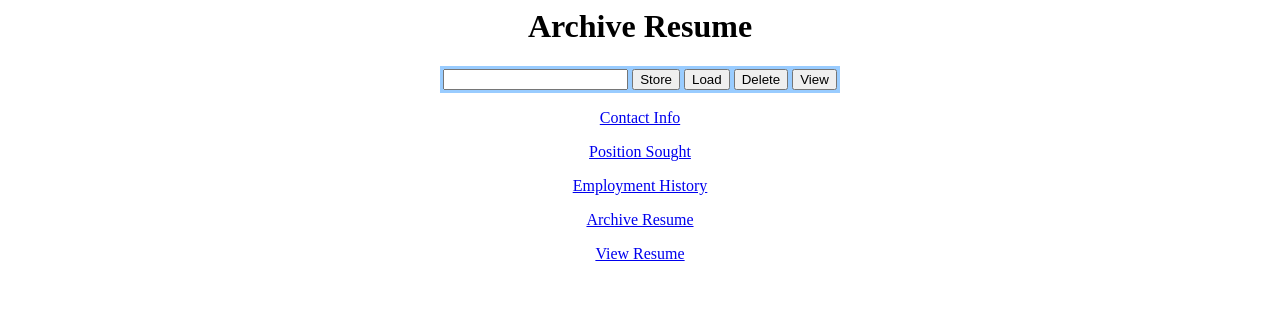
Repository: HyveMynd/cs4540
Page: http://localhost/Store.php
The author's editor kept a copy of each file at every save. The page is drawn from the files as they stood at one save, then again after the next save.
The browser window is 1280 px wide. The pictures show the whole page.
Some web libraries are served in a nearby version. The page is run by PHP 8.4 with error messages shown; the project is at /var/www/html/.

Above is the page before, as saved 2013-02-18 07:16:07.

### ps5/Store.php
<?php
require 'db.php';
echo "<script type='text/javascript'>window.alert('in store')</script>";

if (isset($_REQUEST['resumeName'])){
	$_SESSION['resumeName'] = $_REQUEST['resumeName'];
	$resumeName = $_REQUEST['resumeName'];
	storeResume($resumeName, $name, $phone, $addr, $position, $startdate, $enddate, $desc);
}
else{
	require 'archive.php';
}
?>

### ps5/db.php
<?php
require 'hidden/dbpassword.php';

// Opens and returns a DB connection
function openDBConnection () {
	global $dbpassword;
	$DBH = new PDO("mysql:host=atr.eng.utah.edu;dbname=ps4_monroy",
			'monroy_sw', $dbpassword);
	$DBH->setAttribute(PDO::ATTR_ERRMODE, PDO::ERRMODE_EXCEPTION);
	return $DBH;
}

function storeResume ($resumeName, $name, $phone, $addr, $position, $startdate, $enddate, $desc){
	$DBH = openDBConnection();
	$DBH->beginTransaction();

	try{
		//get id
		$id = getResumeID($DBH, $resumeName);

		//store contact info
		storeContactInfo($DBH, $id, $name, $phone, $addr);

		//store position indo
		storePositionSought($DBH, $id, $position);

		//store employment history
		storeEmploymentHistory($DBH, $id, $startdate, $enddate, $desc);

		$DBH->commit();
		return true;
	}
	catch (PDOException $e){
		echo "<script type='text/javascript'>alert('PDOException')</script>";
		return false;
	}


}

function getResumeID ($DBH, $resumeName){
	//get the ResumeID
	$stmt = $DBH->prepare("select * from ps4_monroy.resumenames where resumename=?");
	$stmt->bindValue(1, $resumeName);
	$stmt->execute();

	//create resume if not in database
	if ($stmt->rowCount() <= 0){
		$query2 = $DBH->prepare("insert into ResumeNames (ResumeName) values (?)");
		$query2->bindValue(1, $resumeName);
		$query2->execute();
		$stmt->execute();
	}

	$row = $stmt->fetch();
	$_SESSION[$resumeName] = $row['ResumeName'];
	return $row['ResumeID'];
}

function storeContactInfo ($DBH, $id, $name, $phone, $addr){
	$stmt = $DBH->prepare("insert into ContactInfo (ID, Phone, Address, Name) values (?,?,?,?)");
	$stmt->bindValue(1, $id);
	$stmt->bindValue(2, $phone);
	$stmt->bindValue(3, $addr);
	$stmt->bindValue(4, $name);
	$stmt->execute();
}

function storePositionSought ($DBH, $id, $position){
	$stmt = $DBH->prepare("insert into PositionSought (ID, JobDesc) values (?,?)");
	$stmt->bindValue(1, $id);
	$stmt->bindValue(2, $position);
}

function storeEmploymentHistory ($DBH, $id, $startdate, $enddate, $desc){
	$stmt = $DBH->prepare("insert into EmploymentHistory (ID, StartDate, EndDate, Description) values (?,?,?,?)");
	$stmt->bindValue(1, $id);
	$stmt->bindValue(2, $startdate);
	$stmt->bindValue(3, $enddate);
	$stmt->bindValue(4, $desc);
	$stmt->execute();
}
?>

### ps5/hidden/dbpassword.php
<?php
$dbpassword = '00733037';
?>

### ps5/archive.php
<?php
require 'functions.php';
session_start();
?>
<!DOCTYPE html PUBLIC "-//W3C//DTD HTML 4.01 Transitional//EN" "http://www.w3.org/TR/html4/loose.dtd">
<html>
<head>
<meta http-equiv="Content-Type" content="text/html; charset=UTF-8">
<link rel="stylesheet" href="style.css" type="text/css" />
<script src="//ajax.googleapis.com/ajax/libs/jquery/1.8.2/jquery.min.js" type="text/javascript"></script>
<script src=resume.js type="text/javascript"></script>
<title>Employment History</title>
</head>
<body class='archive'>
	<h1>Archive Resume</h1>
	<form method="post" action="Variables.php">
	<table>
		<tr>
			<td><input name="resumeName" type="text" value="<?php sticky('resumeName')?>" maxlength="20" required /></td>
			<td><input type="submit" name=submit value="Store" /></td>
			<td><input type="submit" name=submit value="Load" /></td>
			<td><input type="submit" name=submit value="Delete" /></td>
			<td><input type="submit" name=submit value="View" /></td>
		</tr>
	</table>
	</form>
	<p><a href="contactInfo.php" >Contact Info</a></p>
	<p><a href="positionSought.php" >Position Sought</a></p>
	<p><a href="employmentHistory.php" >Employment History</a></p>
	<p><a href="archive.php" >Archive Resume</a></p>
	<p><a href="resume.php" >View Resume</a></p>
</body>

### ps5/functions.php
<?php

//output session variables if they are set
function sticky ($name){
	if (isset($_REQUEST[$name])){
		$_SESSION[$name] = $_REQUEST[$name];
		echo $_REQUEST[$name];
	}
	elseif (isset($_SESSION[$name])){
		echo $_SESSION[$name];
	}
}

?>

### ps5/style.css
@CHARSET "UTF-8";

body{
	background-color:#FFFFFF;
	font:arial, sans-serif;
	text-align:center;
	margin-left:auto;
	margin-right: auto;
}
div{
	background-color:#99CCFF;
	width:400px;
	margin-left:auto;
	margin-right: auto;
	height:80px
}
table{
	background-color:#99CCFF;
	font-size:15px;
	font-style:normal;
	margin-left:auto;
	margin-right:auto;
}

### ps5/resume.js
function addField(){
	$('h1').append("<section><table><tr><td>Enter the Start Date:</td><td><input name='startDate[]' type=date value='' required /></td><td><input class='remove' type='button' value='remove' /></td></tr><tr><td>Enter the End Date:</td><td><input name='endDate[]' type=date value='' required /></td></tr></table><table><tr><th>Enter a brief description of your responsibilities:</th></tr><tr><td><textarea name='desc[]' rows=10 cols=50 required></textarea></td></tr></table></section>");
	attachRemove();
};

function initializeFields(n){
	$('h1').append("<section><table><tr><td>Enter the Start Date:</td><td><input name='startDate[]' type=date value='"+startArray[n]+"' required /></td><td><input class='remove' type='button' value='remove' /></td></tr><tr><td>Enter the End Date:</td><td><input name='endDate[]' type=date value='"+endArray[n]+"' required /></td></tr></table><table><tr><th>Enter a brief description of your responsibilities:</th></tr><tr><td><textarea name='desc[]' rows=10 cols=50 required>"+descArray[n]+"</textarea></td></tr></table></section>");
};

function populateFields(count){
	for (var i = 0; i < count; i++)
		initializeFields(i);
}

function addReadonly(n){
	for (var i = 0; i < n; i++)
		$('#employ').append("<table><tr><td>Enter the Start Date:</td><td><input name='startDate[]' type=date value='"+startArray[i]+"' readonly /></td></tr><tr><td>Enter the End Date:</td><td><input name='endDate[]' type=date value='"+endArray[i]+"' readonly /></td></tr></table><table><tr><th>Enter a brief description of your responsibilities:</th></tr><tr><td><textarea name='desc[]' rows=10 cols=50 readonly>"+descArray[i]+"</textarea></td></tr></table>");
}

function highlightInput(input){
	$(input).css('border', '3px #FF0000 solid');
}

function attachRemove(){
	$('.remove').click(function (){
		removeSection($(this));
	});
}

function removeSection(button){
	$(button).closest($('section')).remove();
}

function validate(){
	var invalid = false;

	//loop through inputs
	$('input').each(function (){
		if ($(this).val() == ''){
			highlightInput($(this));
			invalid = true;
		}
	});

	//loop through textareas
	$('textarea').each(function (){
		if ($(this).val() == ''){
			highlightInput($(this));
			invalid = true;
		}
	});
	if(!invalid)
		$('form').submit();
}

After the next save:
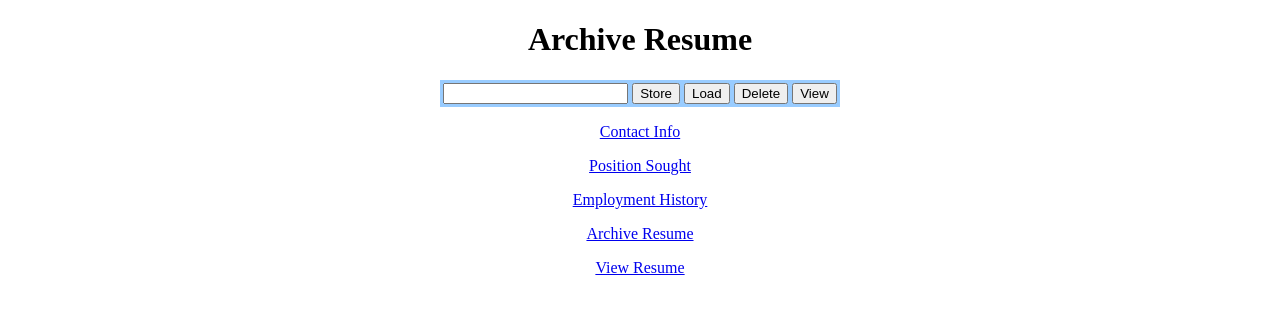
Saved 37 s later.
--- a/ps5/Store.php
+++ b/ps5/Store.php
@@ -1,6 +1,5 @@
 <?php
 require 'db.php';
-echo "<script type='text/javascript'>window.alert('in store')</script>";
 
 if (isset($_REQUEST['resumeName'])){
 	$_SESSION['resumeName'] = $_REQUEST['resumeName'];
